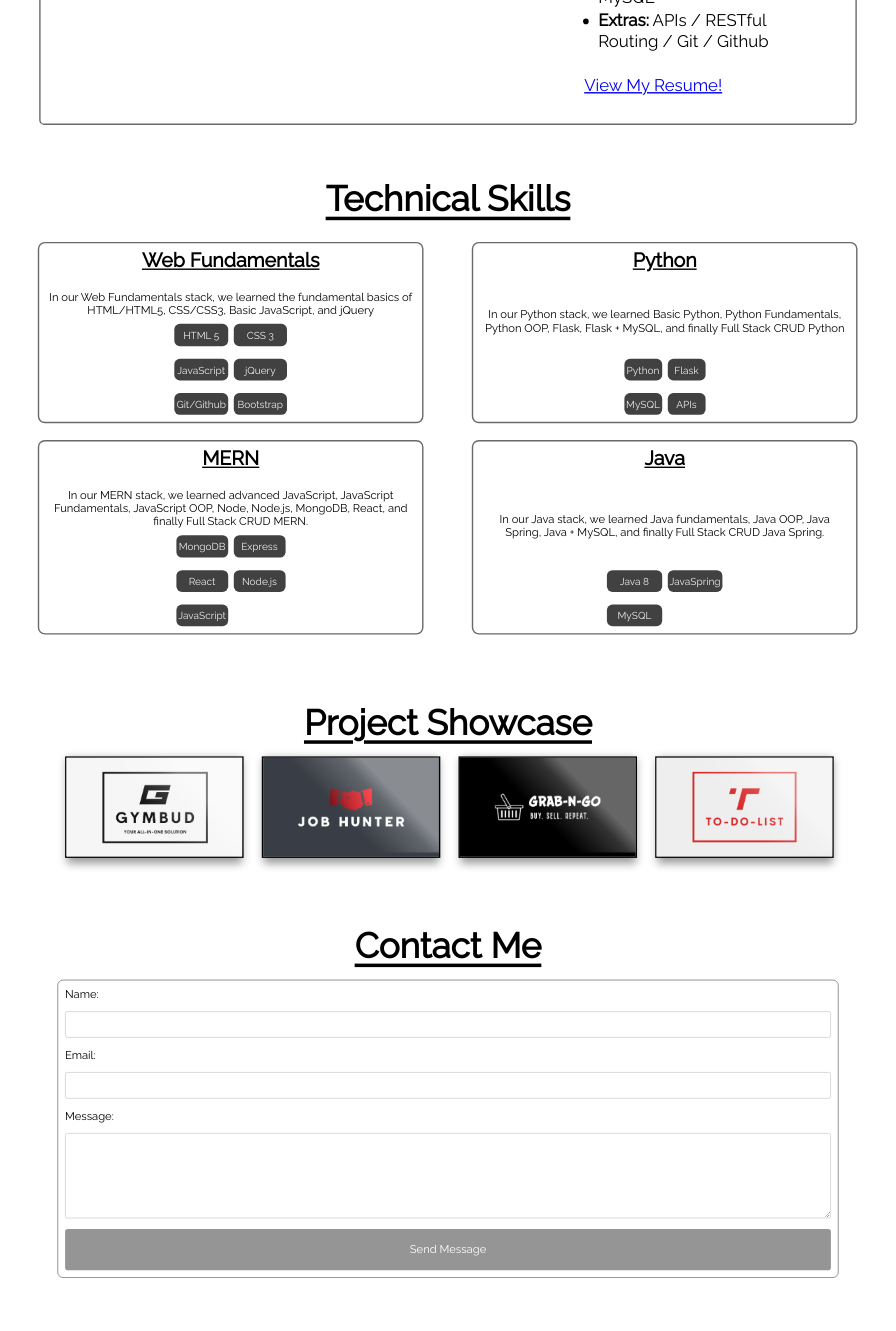
Repository: RICHIE-YIN/Personal-Portfolio
Page: index.html
An editor plug-in stored every save of this project. The page is shown before and after the next save, followed by the edit.
The browser window is 1280 px wide. The pictures show the part of the page from y = 2572 to 4492 px (the page is 4473 px tall before and 4492 px after), at 70% of full size.
Some web fonts or font styles are not loaded; a fallback is used.

Above is the page before, as saved 2023-06-23 20:48:39.
Console error: TypeError: Cannot read properties of null (reading 'getBoundingClientRect')

After the next save:
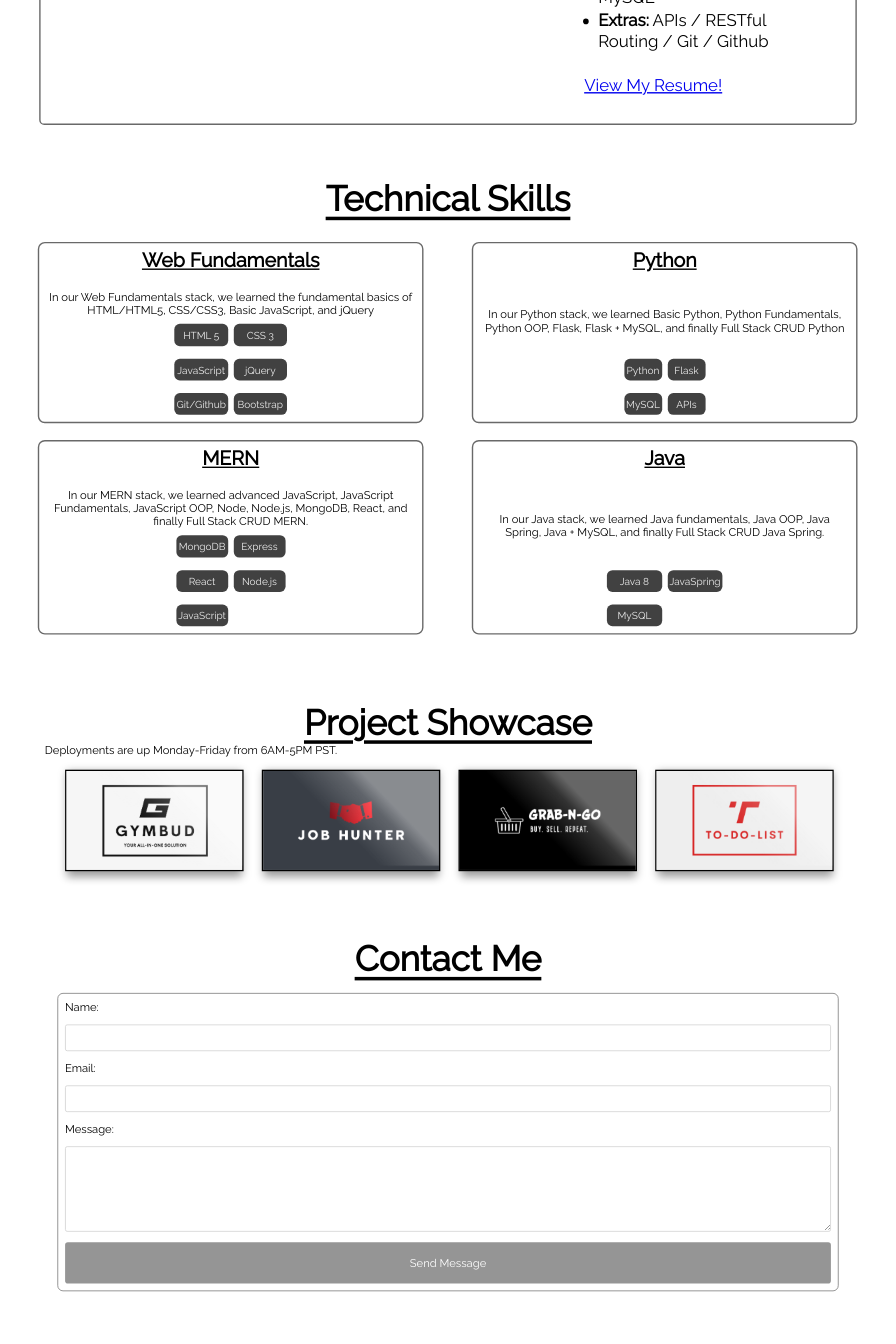
Saved 6 min 59 s later.
--- a/index.html
+++ b/index.html
@@ -119,6 +119,7 @@
         <br>
         <div class="section5" id="section5">
             <h1 id="project-showcase">Project Showcase</h1>
+            <p>Deployments are up Monday-Friday from 6AM-5PM PST.</p>
             <br>
             <div class="l-container">
                 <!-- Add the 'onclick' attribute to each card and pass a unique ID -->
